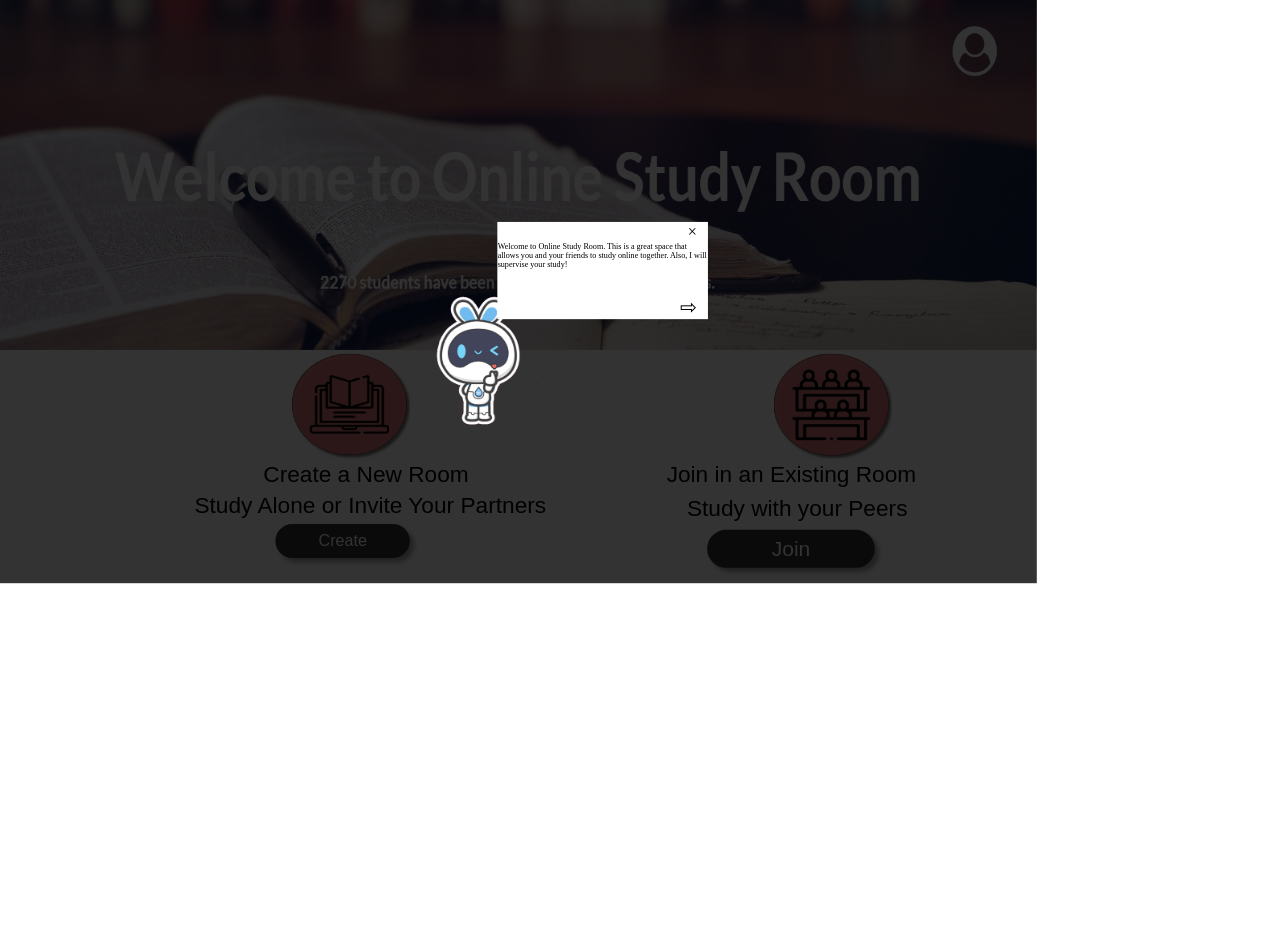
Repository: Team-Extrememe/Online-Study-Room
Page: home.html
These files come from the project's save history. The page is drawn as it stood at one moment and after the next save; the edit follows.
The browser window is 1280 px wide. The page is 1580 px wide, so the pictures cover 1580 px, including what lies to the right of the window. The pictures show the whole page, at 81% of full size.

Above is the page before, as saved 2021-10-08 13:36:46.
Console error: TypeError: Cannot set properties of null (setting 'onclick')

### home.html
<!DOCTYPE html>
<html lang="en">
<head>
    <meta charset="UTF-8">
    <meta http-equiv="X-UA-Compatible" content="IE=edge">
    <meta name="viewport" content="width=device-width, initial-scale=1.0">
    <link rel="stylesheet" href="css/style.css">
    <script src="js/jquery-3.6.0.min.js" type="text/javascript"></script>
    <script type="text/javascript" src="js/javascript.js"></script>
    <title>Homepage</title>
</head>
<body>
    <img class="home" src="images/home.png" alt="home_header">
    <a href="login.html" class="account"></a>
    <img class="rabbit" src="images/rabbit1.png" alt="guide_rabbit">
    <div id="light3" class="guide_div">
        <div class="guide_text">
            <div class="close_guide_button">&times;</div>
            <div class="text1">
                Welcome to Online Study Room.  This is a great space that allows you and your friends to study online together.  Also, I will supervise your study!
            </div>
            <div class="next">&#8680;</div>
        </div>
    </div>
    <img class="rabbit2" src="images/rabbit2.png" alt="guide_rabbit2">
    <div id="light4" class="guide_div2">
        <div class="guide_text2">
            <div class="close_guide_button2">&times;</div>
            <span>You can create your own study room here!</span>
            <div class="back">&#8678;</div>
            <div class="next2">&#8680;</div>
        </div>
    </div>
    <img class="rabbit3" src="images/rabbit3.png" alt="guide_rabbit3">
    <div id="light5" class="guide_div3">
        <div class="guide_text3">
            <div class="close_guide_button3">&times;</div>
            <span>Or you can join other's study room.</span>
            <div class="back2">&#8678;</div>
            <div class="next3">&#8680;</div>
        </div>
    </div>
    <img class="rabbit4" src="images/rabbit3.png" alt="guide_rabbit4">
    <div id="light6" class="guide_div4">
        <div class="guide_text4">
            <div class="close_guide_button4">&times;</div>
            <span>You can create an account and log in here.</span>
            <div class="back3">&#8678;</div>
            <div class="next4">&#8680;</div>
        </div>
    </div>
    <img class="rabbit5" src="images/rabbit4.png" alt="guide_rabbit5">
    <div id="light7" class="guide_div5">
        <div class="guide_text5">
            <span>So now, start your learning~ I will always be with you.</span>
            <div class="repeat">Repeat</div>
            <div class="end">Ok</div>
        </div>
    </div>

    <div class="room_container">
        <div class="create_room">
            <img src="images/create.png" alt="create_room">
            <div class="create_text">
                <span class="span1">Create a New Room</span>
                <span class="span2">Study Alone or Invite Your Partners</span>
                <button class="create">Create</button>
            </div>
        </div>
        <div class="join_room">
            <img src="images/join.png" alt="join_room">
            <div class="join_text">
                <span class="span3">Join in an Existing Room</span>
                <span class="span4">Study with your Peers</span>
                <button class="join">Join</button>
            </div>
        </div>
    </div>

    <div id="light" class="popup">
        <div class="close_button">&times;</div>
        <div class="room_type">
            <label>Private
                <input class="private" type="checkbox" name="private">
            </label>
            <label>Public
                <input type="checkbox">
            </label>
        </div>
        <div class="room_info">
            <label>Number of people:</label>
            <input class="amount" type="text">
            <span>(Maxium is 6)</span>
            <br>
            <label>Time Setting:</label>
            <input id="time" type="time" step='1' min="00:00:00" max="24:00:00">
        </div>
        <div class="device">

        </div>
        <button class="confirm_create">Create</button>
    </div>
    <div id="light2" class="popup2">
        <div class="close_button2">&times;</div>
        <img src="images/join2.png" alt="join_other_rooms">
        <div class="room_type">
            <label>Private
                <input type="checkbox">
            </label>
            <label>Public
                <input type="checkbox">
            </label>
        </div>
        <button class="confirm_join">Join</button>
    </div>
    <div id="fade" class="black_overlay"></div>
    <div id="fade1" class="black"></div>
</body>
</html>

### css/style.css

.login{
    background: linear-gradient(144.9063727226063deg , rgba(250, 205, 145, 1) 28.000000000000004%, rgba(250, 248, 145, 1) 92%);
    margin: 0;
    padding: 0;
    height: 100vh;
    overflow: hidden;
}

body{
    margin: 0;
    padding: 0;
    height: 100vh;
    overflow: hidden;
}

div{
    display: block;
}

.login_container{
    position: absolute;
    top: 50%;
    left: 50%;
    transform: translate(-50%, -50%);
    width: 860px;
    background: white;
    height: 900px;
}

.login_container h1{
    text-align: center;
    padding: 0 0 20px 0;
    padding-top: 50px;
}

.login_container h3{
    text-align: center;
    padding-bottom: 50px;
}

.login_container form{
    padding: 0 100px;
    box-sizing: border-box;
}

form .txt_field{
    position: relative;
    margin: 30px 0;
}

.txt_field input{
    width: 60%;
    padding: 5px 5px;
    height: 40px;
    font-size: 16px;
    position: relative;
    left: 140px;
    top: 10px;
    margin-bottom: 30px;
    background-color: #f9f9f9;
    border-style: solid;
    border-color:  #d3d3d3;
    border-radius: 4px;
    border-width: 2px;
    text-indent: 0px;
    text-shadow: none;
    box-shadow: none;
}

.txt_field label{
    position: absolute;
    left: 140px;
    color: #8c8c8c;
    transform: translateY(-100%);
    font-size: 16px;

}

.remember{
    position: relative;
    left: 160px;
    color: #8c8c8c;
}

.check{
    position: relative;
    left: -140px;
}
.forgot{
    position: absolute;
    bottom: 392px;
    left: 480px;
}

.forgot a{
    text-decoration: none;
    color: rgb(43, 158, 217);
}

input[type="submit"]{
    border-width: 0px;
    position: absolute;
    left: 285px;
    top: 700px;
    width: 320px;
    height: 50px;
    background: inherit;
    background-color: rgba(30, 152, 215, 1);
    border: none;
    border-radius: 73px;
    box-shadow: none;
    font-weight: 400;
    font-style: normal;
    font-size: 25px;
    color: white;
    cursor: pointer;
}

input[type="submit"]:hover{
    background-color: rgba(30, 132, 207, 1);
}

.signup_link{
    position: absolute;
    bottom: 100px;
    left: 320px;
    color: #8c8c8c;
}

.signup_link a{
    text-decoration: none;
    color: rgb(43, 158, 217);
}

/* homepage*/

.home{
    width: 100%;
    height: 60%;
}

.account{
    display: inline-block;
    width: 88px;
    height: 81px;
    position: absolute;
    right: 69px;
    top: 41px;
    border-radius: 50%;
}

.room_container{
    width: 100%;
    height: 100%;
}

.create_room{
    width: 50%;
    float: left;
    /* margin-left: 350px; */
    height: 100%;
}

.create_room img{
    /* position: absolute;
    left: 450px; */
    padding-left: 360px;
    height: 18%;
}

.create_text{
    /* position: absolute;
    left: 420px;
    bottom: 100px; */
    font-family: 'Arial Negreta', 'Arial Normal', 'Arial', sans-serif;
    /* padding-left: 340px; */
    float: left;
    height: 10em;
}

.create_text span{
    word-break: normal;
    width: 100%;
    display: block;
    white-space: pre-wrap;
    word-wrap: break-word;
    overflow: hidden;
    padding-bottom: 10px;
    font-size: 28px;
}



.create_text span:nth-of-type(2){
    /* position: relative;
    left: -90px; */
    /* padding-left: -50px;
    text-align:left; */
}

.span1{
    padding-left: 360px;
    height: 18%;
}

.span2{
    padding-left: 260px;
    height: 18%;
}

.create{
    margin-left: 350px;
    /* height: 18%; */
}

.create_text button{
    /* position: relative;
    left: 30px; */
    width: 31%;
    height: 30%;
    background: inherit;
    background-color: rgba(51, 51, 51, 1);
    box-sizing: border-box;
    border-width: 3px;
    border-style: solid;
    border-color: rgba(51, 51, 51, 1);
    border-radius: 71px;
    box-shadow: 5px 5px 5px rgb(0 0 0 / 35%);
    font-size: 26px;
    color: rgba(255, 255, 255, 0.996078431372549);
    cursor: pointer;
}

.join_room{
    width: 50%;
    float: right;
    height: 100%;
}

.join_room img{
    /* position: absolute;
    right: 450px; */
    padding-left: 420px;
    height: 18%;
}

.join_text{
    /* position: absolute;
    right: 420px;
    bottom: 100px; */
    font-family: 'Arial Negreta', 'Arial Normal', 'Arial', sans-serif;
    float: left;
    margin-left: 20px;
}

.join_text span{
    word-break: normal;
    width: 100%;
    display: block;
    white-space: pre-wrap;
    word-wrap: break-word;
    overflow: hidden;
    padding-bottom: 10px;
    font-size: 28px;
    /* position: relative;
    right: -40px; */
}

.span3{
    padding-left: 350px;
    height: 18%;
}

.span4{
    padding-left: 375px;
    height: 18%;
}

.join_text span:nth-of-type(2){
    /* position: relative;
    right: -60px; */
}

.join_text button{
    /* position: relative;
    right: -85px; */
    margin-left: 400px;
    width: 207px;
    height: 47px;
    background: inherit;
    background-color: rgba(51, 51, 51, 1);
    box-sizing: border-box;
    border-width: 3px;
    border-style: solid;
    border-color: rgba(51, 51, 51, 1);
    border-radius: 71px;
    box-shadow: 5px 5px 5px rgb(0 0 0 / 35%);
    font-size: 26px;
    color: rgba(255, 255, 255, 0.996078431372549);
    cursor: pointer;
}

/* pop-up*/

.room_info input{
    border: 0;
    outline: 0;
    background: transparent;
    border-bottom: 1px solid black;
}

.popup{
    display: none;
    position: absolute;
    top: 35%;
    left: 37%;
    width: 500px;
    height: 240px;
    border: 10x solid black;
    background-color: white;
    z-index:1002;
    overflow: auto;
}

.popup2{
    display: none;
    position: absolute;
    top: 35%;
    left: 37%;
    width: 500px;
    height: 240px;
    border: 10x solid black;
    background-color: white;
    z-index:1002;
    overflow: auto;
}

.popup2 img{
    position: relative;
    left: 45%;
    top: 10px;
}

.popup2 .room_type{
    position: absolute;
    top: 38%;
}

.black_overlay{
    display: none;
    position: absolute;
    top: 0%;
    left: 0%;
    width: 100%;
    height: 100%;
    background-color: black;
    z-index:1001;
    opacity:.80;
    filter: alpha(opacity=88);
}

.close_button{
    position: absolute;
    right: 20px;
    top: 0px;
    font-size: 35px;
    cursor: pointer;
}

.close_button2{
    position: absolute;
    right: 20px;
    top: 0px;
    font-size: 35px;
    cursor: pointer;
}

.room_type{
    position: absolute;
    left: 28%;
    top: 10%;
    font-size: 20px;
}

.room_type label{
    padding-right: 40px;
}

.room_info{
    position: absolute;
    top: 20%;
    left: 20%;
    margin-top: 25px;
}

.room_info input{
    width: 70px;
}

.room_info label{
    display: inline-block;
    margin-bottom: 25px;
}

.confirm_create{
    position: absolute;
    bottom: 10px;
    left: 35%;
    width: 170px;
    height: 40px;
    background: inherit;
    background-color: rgba(51, 51, 51, 1);
    box-sizing: border-box;
    border-width: 3px;
    border-style: solid;
    border-color: rgba(51, 51, 51, 1);
    border-radius: 71px;
    box-shadow: 3px 2px 3px rgb(0 0 0 / 35%);
    font-size: 16px;
    color: rgba(255, 255, 255, 0.996078431372549);
    cursor: pointer;
}

.confirm_join{
    position: absolute;
    bottom: 25px;
    left: 35%;
    width: 170px;
    height: 40px;
    background: inherit;
    background-color: rgba(51, 51, 51, 1);
    box-sizing: border-box;
    border-width: 3px;
    border-style: solid;
    border-color: rgba(51, 51, 51, 1);
    border-radius: 71px;
    box-shadow: 3px 2px 3px rgb(0 0 0 / 35%);
    font-size: 16px;
    color: rgba(255, 255, 255, 0.996078431372549);
    cursor: pointer;
}

/* rabbit guide*/

.rabbit{
    width: 160px;
    height: 180px;
    float: left;
    position: absolute;
    left: 40%;
    top: 50%;
    display: block;
    position: absolute;
    background-color: transparent;
    z-index:1002;
    overflow: auto;
}

.rabbit2{
    width: 400px;
    /* height: 180px; */
    float: left;
    position: absolute;
    left: 31%;
    top: 56%;
    display: none;
    position: absolute;
    background-color: transparent;
    z-index:1002;
    overflow: auto;
}

.rabbit3{
    width: 400px;
    /* height: 180px; */
    float: left;
    position: absolute;
    left: 53%;
    top: 56%;
    display: none;
    position: absolute;
    background-color: transparent;
    z-index:1002;
    overflow: auto;
}

.rabbit4{
    width: 400px;
    /* height: 180px; */
    float: left;
    position: absolute;
    right: 5%;
    top: 12%;
    display: none;
    position: absolute;
    background-color: transparent;
    z-index:1002;
    overflow: auto;
}

.rabbit5{
    width: 200px;
    height: 200px;
    float: left;
    position: absolute;
    left: 35%;
    top: 56%;
    display: none;
    position: absolute;
    background-color: transparent;
    z-index:1002;
    overflow: auto;
}

.black{
    display: none;
    position: absolute;
    top: 0%;
    left: 0%;
    width: 100%;
    height: 100%;
    background-color: black;
    z-index:1001;
    opacity:.80;
    filter: alpha(opacity=88);
}

.guide_div {
    display: block;
    position: absolute;
    top: 38%;
    left: 48%;
    width: 260px;
    height: 120px;
    border: 10x solid black;
    background-color: white;
    z-index:1002;
    overflow: auto;
}

.guide_div2{
    display: none;
    position: absolute;
    bottom: 30%;
    left: 27%;
    width: 215px;
    height: 70px;
    border: 10x solid black;
    background-color: white;
    z-index:1002;
    overflow: none;
}

.guide_div3{
    display: none;
    position: absolute;
    bottom: 31%;
    right: 22%;
    width: 215px;
    height: 70px;
    border: 10x solid black;
    background-color: white;
    z-index:1002;
    overflow: none;
}

.guide_div4{
    display: none;
    position: absolute;
    top: 14%;
    right: 1%;
    width: 215px;
    height: 70px;
    border: 10x solid black;
    background-color: white;
    z-index:1002;
    overflow: none;
}

.guide_div5{
    display: none;
    position: absolute;
    bottom: 37%;
    left: 44%;
    width: 215px;
    height: 70px;
    border: 10x solid black;
    background-color: white;
    z-index:1002;
    overflow: none;
}

/* .text1::before{
    background-color: #F2F2F2;
    bottom: -5px;
    box-shadow: -2px 2px 2px 0 rgba(178, 178, 178, 0.4);
    content: " ";
    display: block;
    height: 13px;
    left: 5px;
    position: absolute;
    transform: rotate(-35deg) skew(-35deg);
    width: 15px;
} */

#fade1{
    display: block;
}

.light3{
    display: block;
}

.light4{
    display: block;
}

.light5{
    display: block;
}

.light6{
    display: block;
}

.light7{
    display: block;
}

.text1{
    font-size: 10px;
    position: absolute;
    top: 25px;
    /* background-color: #F2F2F2;
    border-radius: 5px;
    box-shadow: 0 0 6px #B2B2B2;
    display: inline-block;
    padding: 10px 18px;
    position: relative;
    vertical-align: top;
    float: left;
    margin: 5px 45px 5px 20px;     */
}

.guide_text2 span{
    font-size: 14px;
    position: absolute;
    top: 20px;
}

.guide_text3 span{
    font-size: 14px;
    position: absolute;
    top: 20px;
}

.guide_text4 span{
    font-size: 14px;
    position: absolute;
    top: 20px;
}

.guide_text5 span{
    font-size: 14px;
    position: absolute;
}

.close_guide_button{
    position: absolute;
    right: 14px;
    top: 0px;
    font-size: 20px;
    cursor: pointer;
}

.close_guide_button2{
    position: absolute;
    left: 184px;
    top: -2px;
    font-size: 20px;
    cursor: pointer;
}

.close_guide_button3{
    position: absolute;
    left: 184px;
    top: -2px;
    font-size: 20px;
    cursor: pointer;
}

.close_guide_button4{
    position: absolute;
    left: 184px;
    top: -2px;
    font-size: 20px;
    cursor: pointer;
}

.next{
    position: absolute;
    right: 14px;
    bottom: 0;
    font-size: 25px;
    cursor: pointer;
}

.next2{
    position: absolute;
    right: 14px;
    bottom: 0;
    font-size: 25px;
    cursor: pointer;
}

.next3{
    position: absolute;
    right: 14px;
    bottom: 0;
    font-size: 25px;
    cursor: pointer;
}

.next4{
    position: absolute;
    right: 14px;
    bottom: 0;
    font-size: 25px;
    cursor: pointer;
}

.back{
    position: absolute;
    right: 35px;
    bottom: 0;
    font-size: 25px;
    cursor: pointer;
}

.back2{
    position: absolute;
    right: 35px;
    bottom: 0;
    font-size: 25px;
    cursor: pointer;
}

.back3{
    position: absolute;
    right: 35px;
    bottom: 0;
    font-size: 25px;
    cursor: pointer;
}

.repeat, .end{
    font-size: 10px;
}

.repeat{
    position: absolute;
    right: 52px;
    bottom: 4px;
    cursor: pointer;
}

.end{
    position: absolute;
    right: 14px;
    bottom: 4px;
    cursor: pointer;
}

/* main page*/


@media screen and (max-device-width: 1440px) {
    .span1{
        padding-left: 325px;
    }

    .span2{
        padding-left: 240px;
    }

    .create_text button{
        width: 26%;
        height: 26%;
        font-size: 20px;
    }

    .create{
        margin-left: 340px;
    }

    .span3{
        padding-right: 150px;
    }

    .join_text{
        float: right;
        margin-right: 200px;
    }

    .join_room img{
        padding-left: 315px;
    }

    .join{
        width: 26%;
        height: 26%;
        font-size: 20px;
    }


}

Loaded but not shown: js/jquery-3.6.0.min.js (library); js/javascript.js (410 lines, source omitted)

After the next save:
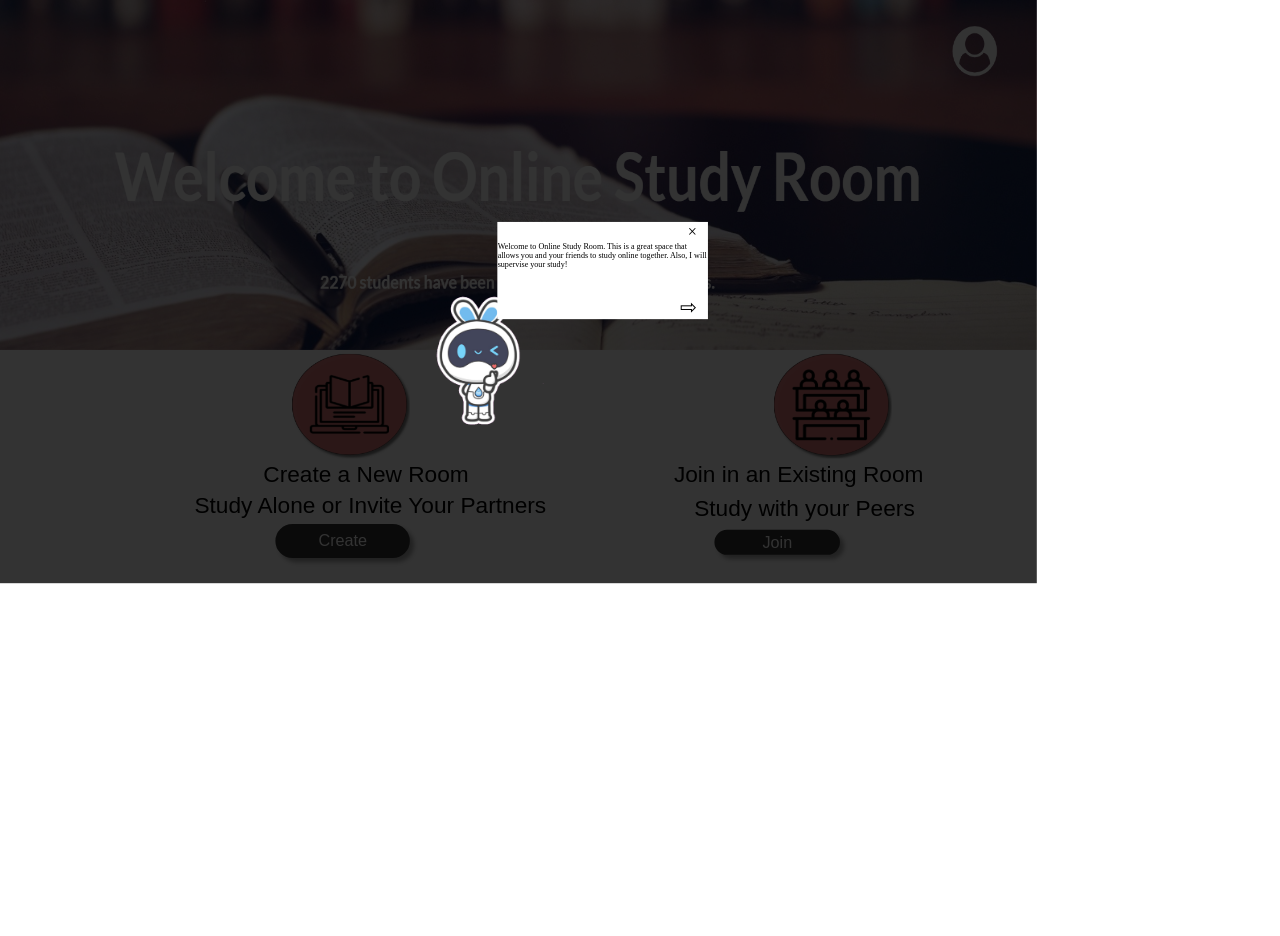
Saved 41 s later.
--- a/css/style.css
+++ b/css/style.css
@@ -807,7 +807,7 @@ input[type="submit"]:hover{
         padding-left: 315px;
     }
 
-    .join{
+    .join_text button{
         width: 26%;
         height: 26%;
         font-size: 20px;
